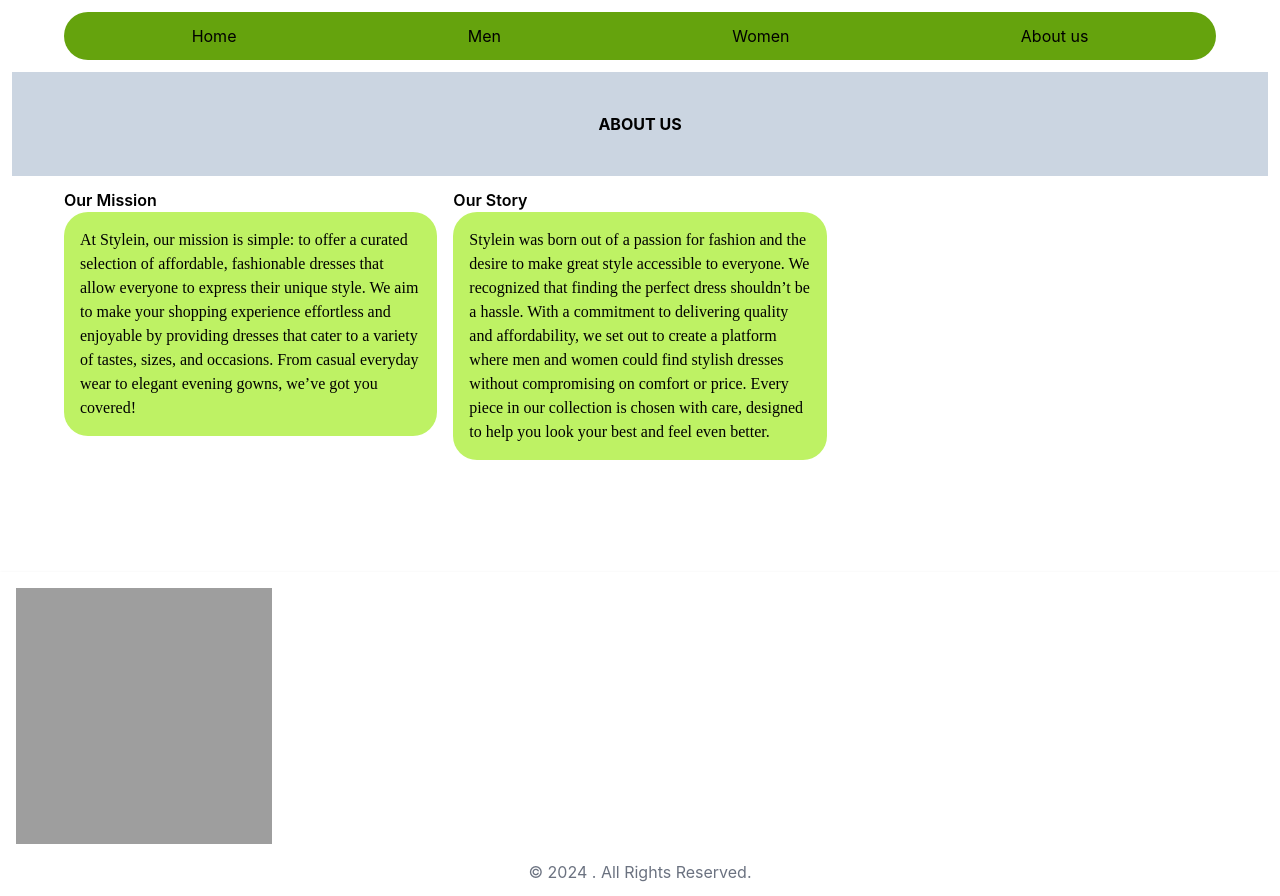
Repository: Mohankkanth/StyleIn_ShoppingSite
Page: /AboutUs
An editor plug-in stored every save of this project. The page is shown before and after the next save, followed by the edit.
The browser window is 1280 px wide. The pictures show the whole page.
Pictures or frames that could not be fetched are drawn as grey boxes. The project was rebuilt for these pictures with package versions that can differ from the ones it lists, and the page was loaded fresh each time. Also part of the build but not shown: vite.config.js, src/component/Home/Home.jsx, src/component/api/MenProducts.jsx, src/component/Men/Men.jsx, src/component/Women/Women.jsx, src/component/api/KidsProducts.jsx, src/component/Kids/Kids.jsx, src/component/Errorpage/Errorpage.jsx and 18 more.

Above is the page before, as saved 2024-11-23 14:00:26.

After the next save:
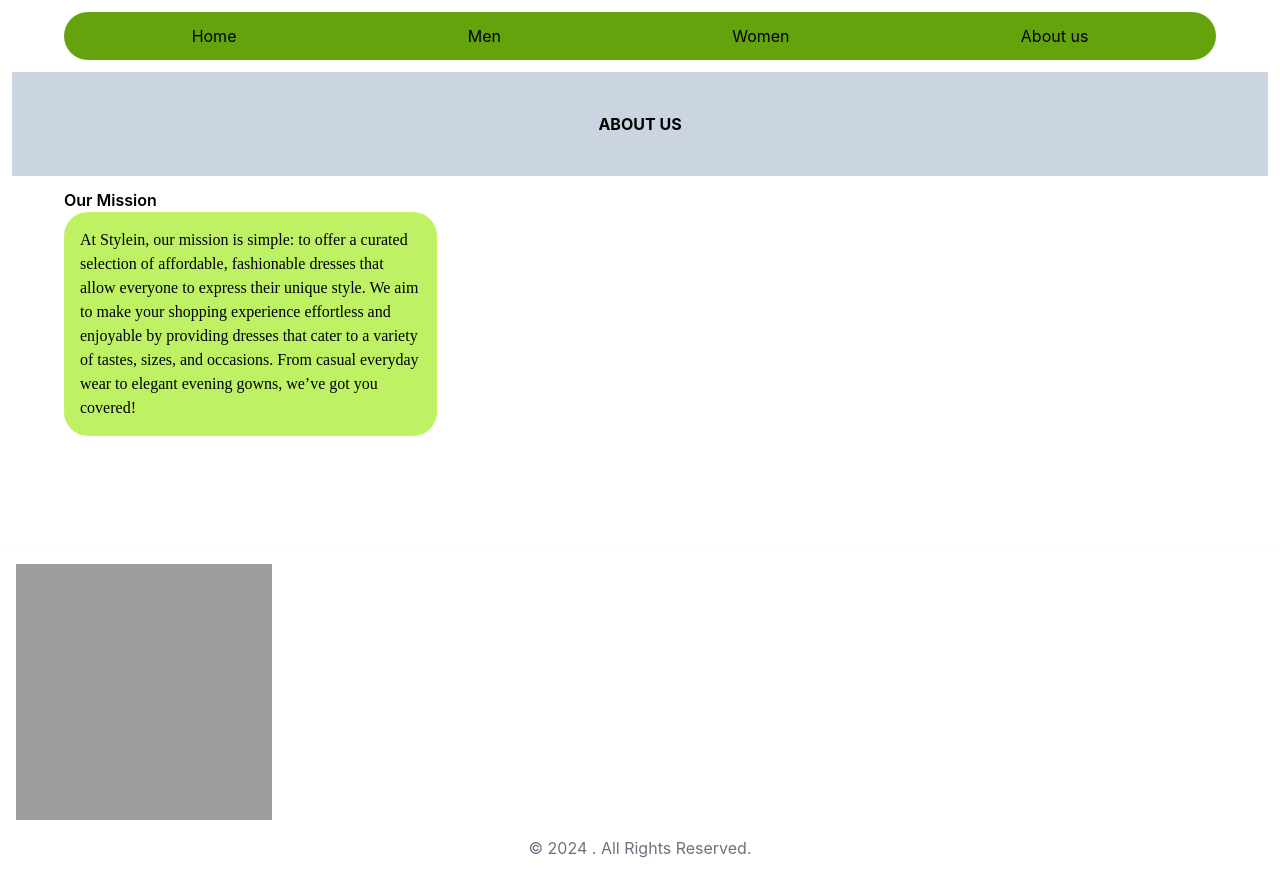
Saved 14 s later.
--- a/src/component/AboutUs/Aboutus.jsx
+++ b/src/component/AboutUs/Aboutus.jsx
@@ -13,11 +13,7 @@
                         <p className='bg-lime-300 p-4 rounded-3xl font-[Raleway]'>At Stylein, our mission is simple: to offer a curated selection of affordable, fashionable dresses that allow everyone to express their unique style. We aim to make your shopping experience effortless and enjoyable by providing dresses that cater to a variety of tastes, sizes, and occasions. From casual everyday wear to elegant evening gowns, we’ve got you covered!</p>
                     </div>
 
-                    <div>
-                        <p className='font-semibold text-justify '>Our Story</p>
-                        <p  className='bg-lime-300 p-4 rounded-3xl font-[Raleway]'>
-                            Stylein was born out of a passion for fashion and the desire to make great style accessible to everyone. We recognized that finding the perfect dress shouldn’t be a hassle. With a commitment to delivering quality and affordability, we set out to create a platform where men and women could find stylish dresses without compromising on comfort or price. Every piece in our collection is chosen with care, designed to help you look your best and feel even better.</p>
-                    </div>
+
                 </div>
             </div>
 
